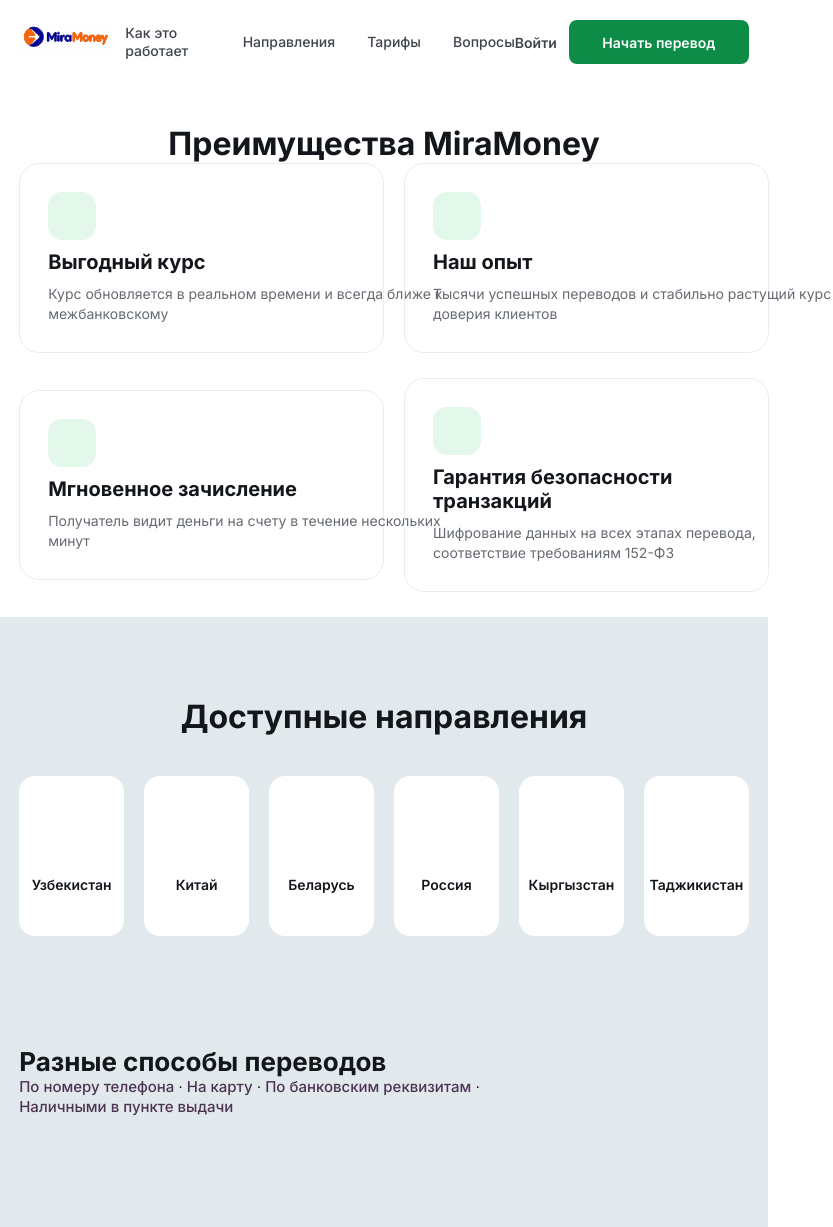
Repository: Shaiyr1/mira-money
Page: index.html
These files come from the project's save history. The page is drawn as it stood at one moment and after a run of saves; the edit follows.
The browser window is 768 px wide. The page is 833 px wide, so the pictures cover 833 px, including what lies to the right of the window. The pictures show the whole page.

Above is the page before, as saved 2026-10-23 17:01:23.

After the next 2 saves:
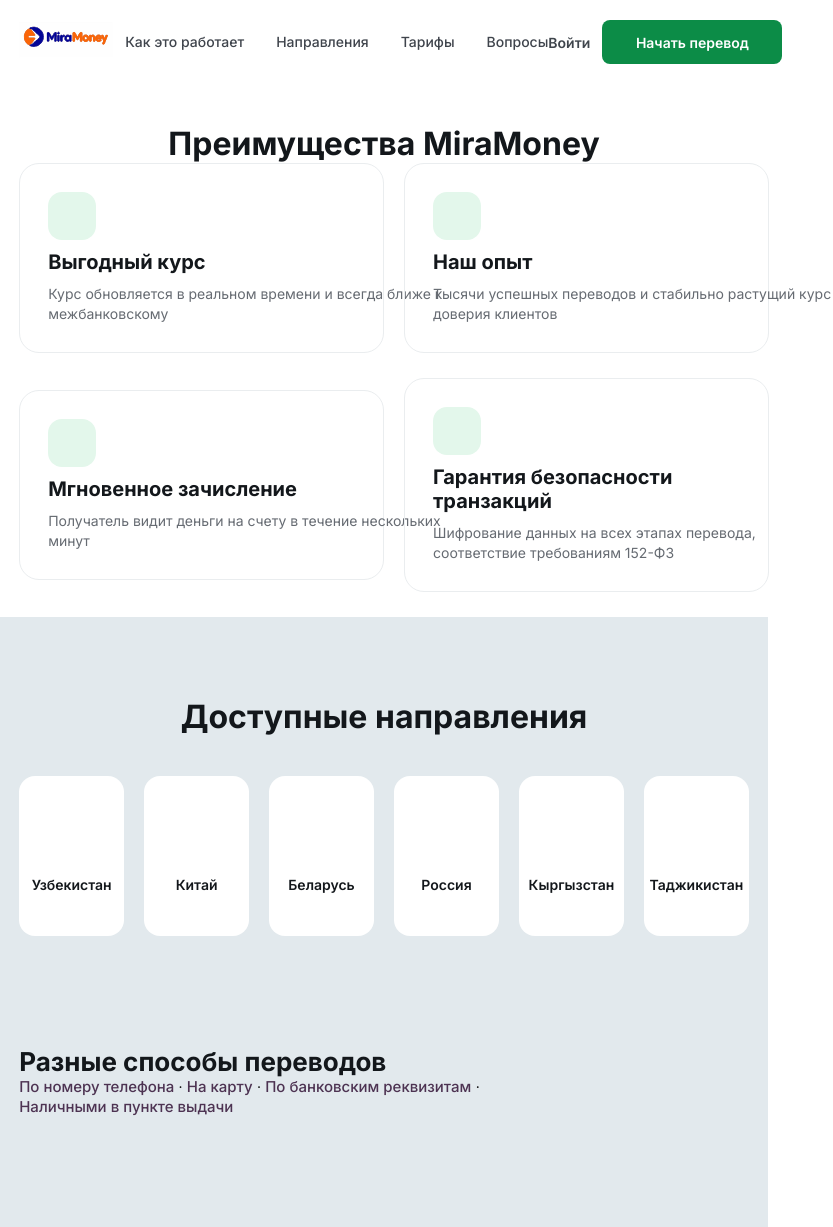
The 2 saves are shown as one change because they came seconds apart.
The last was saved 36 s later.
--- a/src/css/style.css
+++ b/src/css/style.css
@@ -236,4 +236,7 @@
     .header-nav__ul {
         margin-left: 12px;
     }
-}
+    .header-nav__li-link {
+        white-space: nowrap;
+    }
+}
